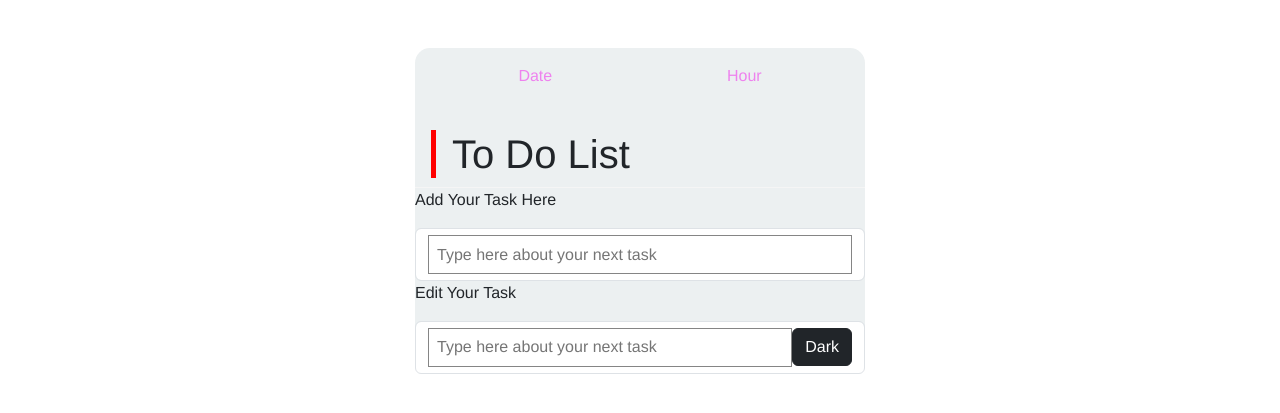
Repository: Passionblaz/TODO
Page: TODO/Untitled-1.html
An editor plug-in stored every save of this project. The page is shown before and after the next save, followed by the edit.
The browser window is 1280 px wide. The pictures show the whole page.

Above is the page before, as saved 2023-07-14 12:52:50.

After the next save:
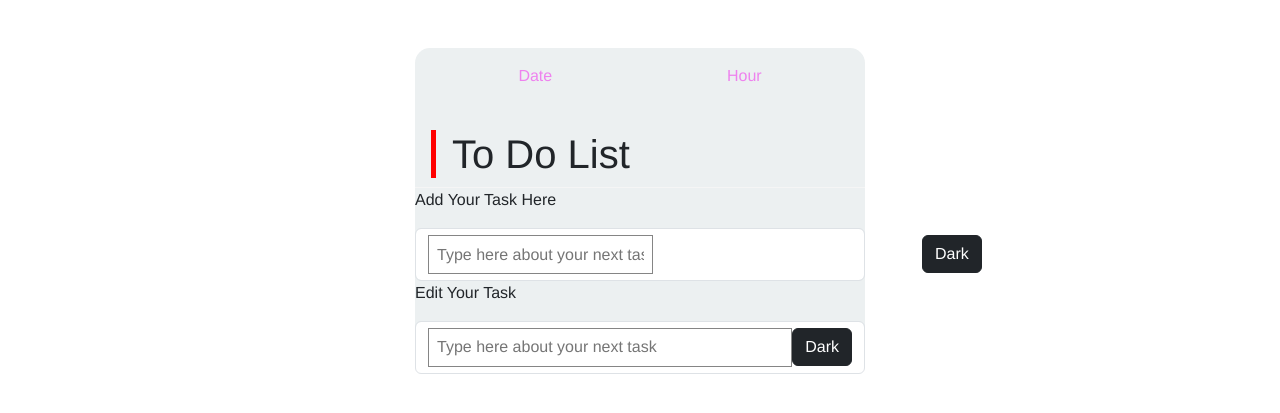
Saved 6 s later.
--- a/TODO/Untitled-1.html
+++ b/TODO/Untitled-1.html
@@ -23,7 +23,9 @@
   <p>Add Your Task Here</p>
 <div class="form-control">
 <input type="text" id="todo-input" placeholder="Type here about your next task">
-
+<div class="button">
+  <button type="button" class="btn btn-dark">Dark</button>
+ </div>
 </div>
 
 </form>
